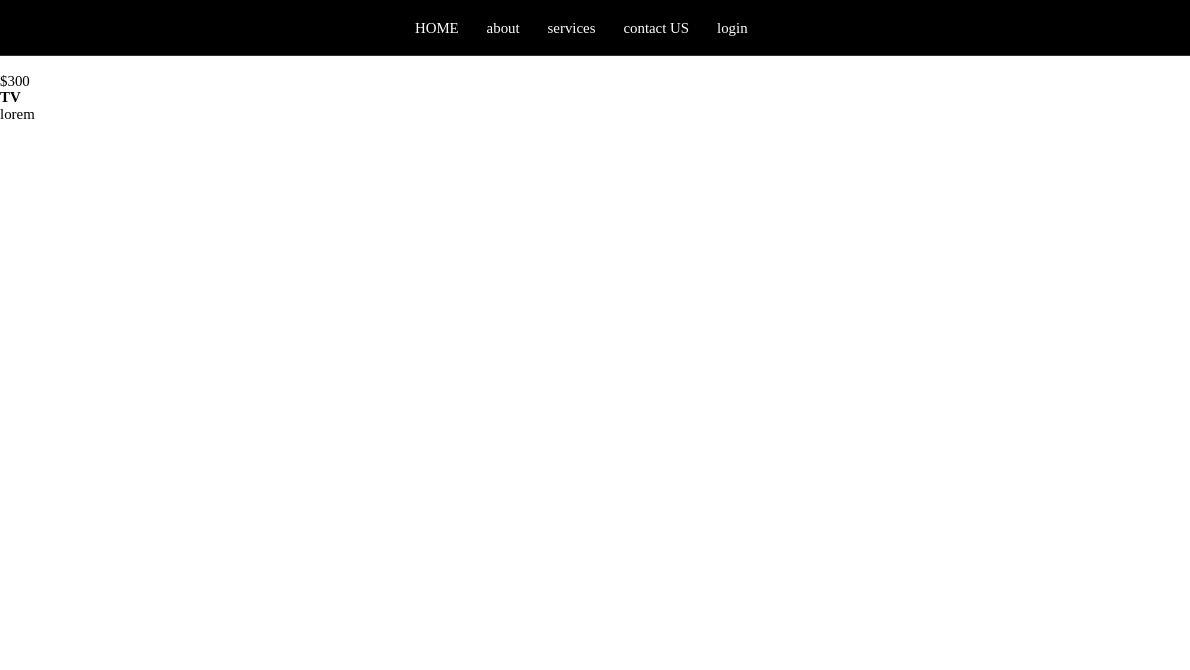
Repository: viveknaidu007/repo-166-Full-Stack-Development-Learning-Notes-Innomatics-2024
Page: module_1-html,css,bootstrap/sept_25_2024/index.html
The author's editor kept a copy of each file at every save. The page is drawn from the files as they stood at one save, then again after the next save.
The browser window is 1280 px wide. The pictures show the whole page, at 93% of full size.

Above is the page before, as saved 2024-09-27 18:54:05.

After the next save:
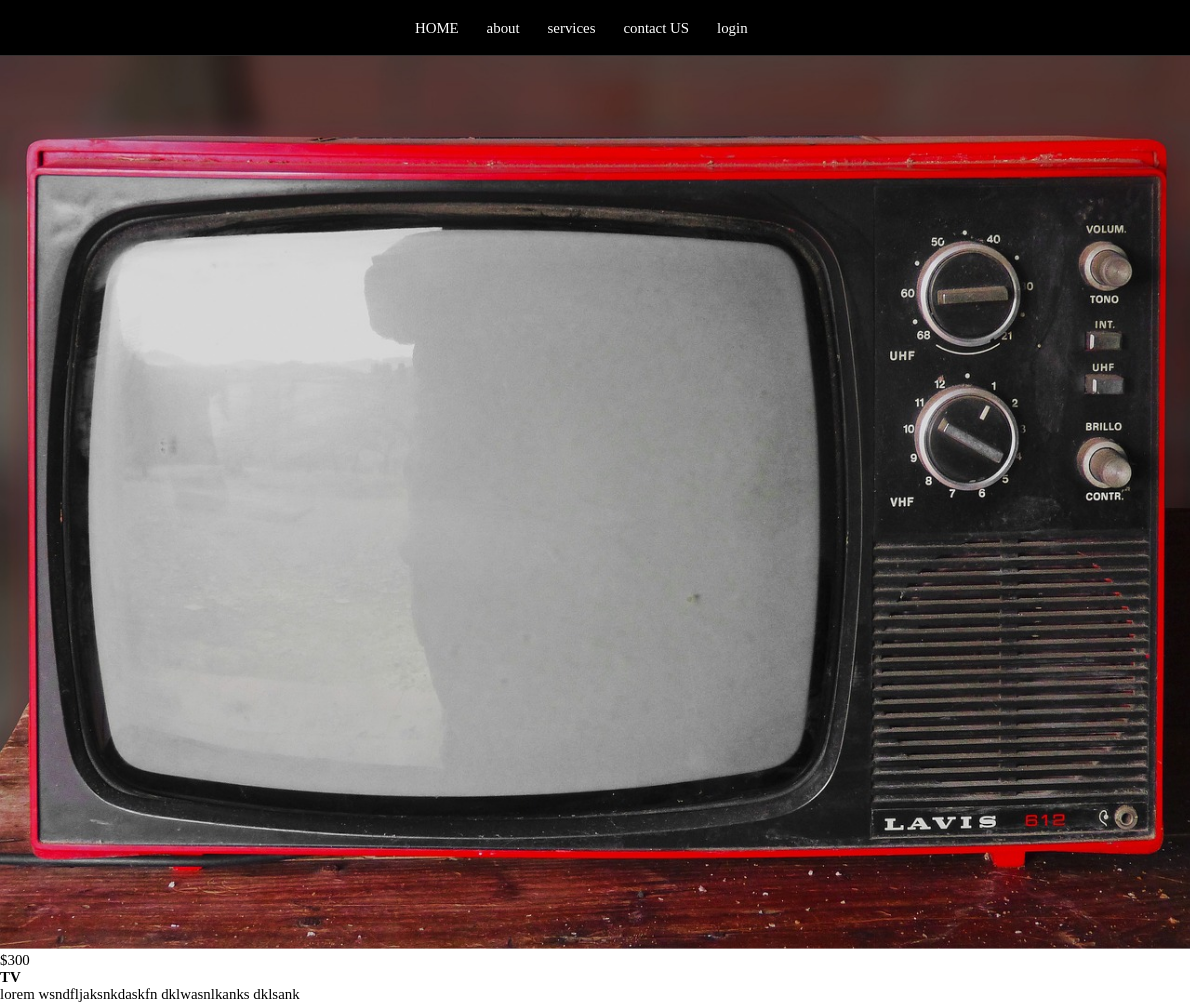
Saved 5 min 9 s later.
--- a/module_1-html,css,bootstrap/sept_25_2024/index.html
+++ b/module_1-html,css,bootstrap/sept_25_2024/index.html
@@ -44,10 +44,10 @@
     <div class="box"> </div>
 
     <div class="product">
-        <img src="" alt="">
+        <img src="vintage-tv-1116587_1280.jpg" alt="">
         <p> $300 </p>
         <h4> TV </h4>
-        <p> lorem </p>
+        <p> lorem wsndfljaksnkdaskfn dklwasnlkanks dklsank</p>
 
     </div>
 </body>
